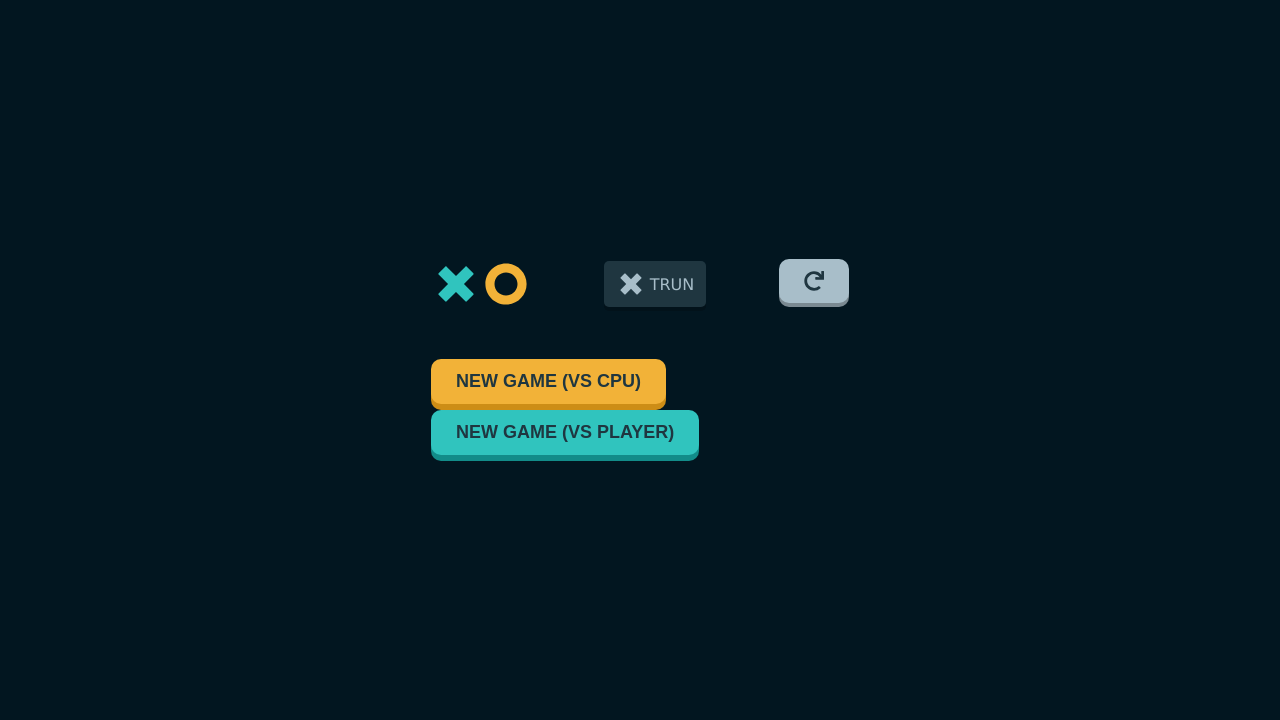
Repository: SD-Mdouka/XO_GAME
Page: /, after clicking the first element matching `button.btn`
An editor plug-in stored every save of this project. The page is shown before and after the next save, followed by the edit.
The browser window is 1280 px wide. The pictures show the whole page.
The project was rebuilt for these pictures with package versions that can differ from the ones it lists, and the page was loaded fresh each time. Also part of the build but not shown: src/component/start/Start.js.

Above is the page before, as saved 2022-08-29 16:01:39.

After the next save:
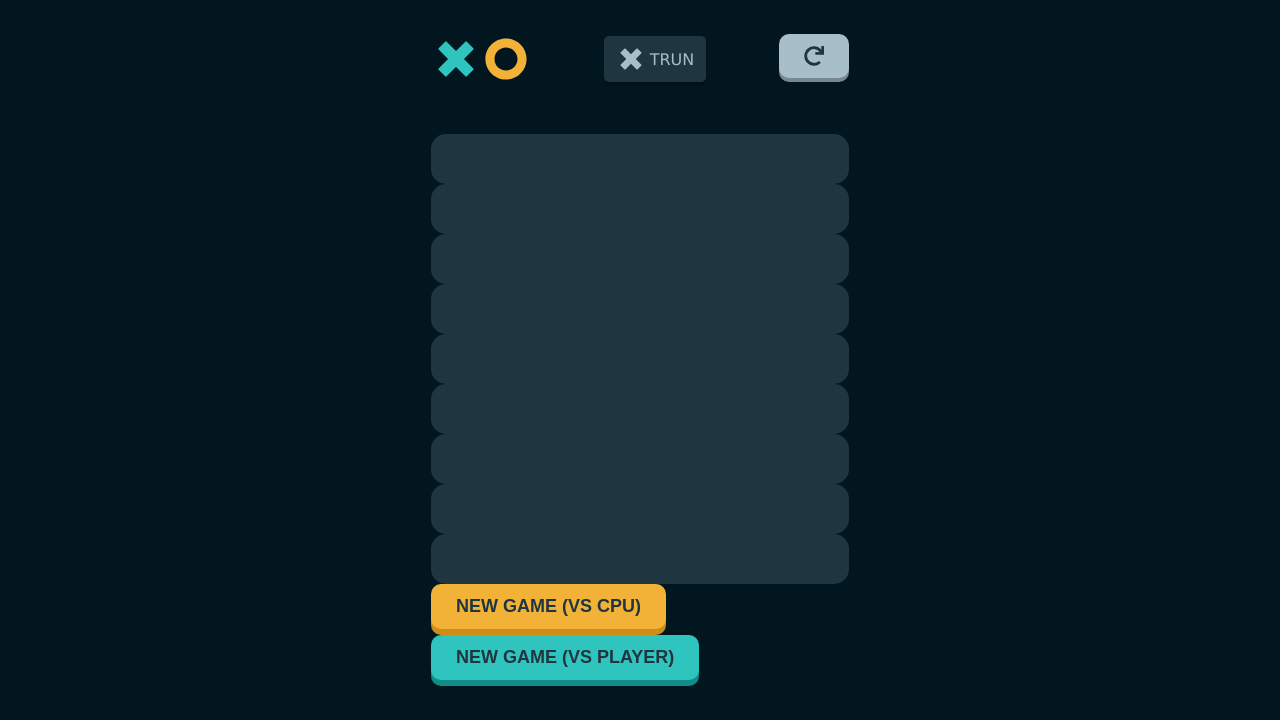
Saved 18 min 1 s later.
--- a/src/component/board/Board.js
+++ b/src/component/board/Board.js
@@ -2,8 +2,10 @@ import React from "react";
 import Xicons from "../icons/Xicons";
 import Oicons from "../icons/Oicons";
 import Refrsh from "../icons/Refrsh";
+import BorardCard from "./BorardCard";
 
 const Board = () => {
+  const squars = ["", "o", "x", "", "o", "x", "", "o", "x"];
   return (
     <div className="board">
       <div className="board__header">
@@ -20,7 +22,11 @@ const Board = () => {
           </button>
         </div>
       </div>
-      <div className="board__body"></div>
+      <div className="board__body">
+        {squars.map((sq, ix) => (
+          <BorardCard key={ix} index={ix} user={ix === 5} />
+        ))}
+      </div>
       <div className="board__footer">
         <button className="btn btn-yellow">new game (vs CPU)</button>
         <button className="btn btn-blue">new game (vs Player)</button>
